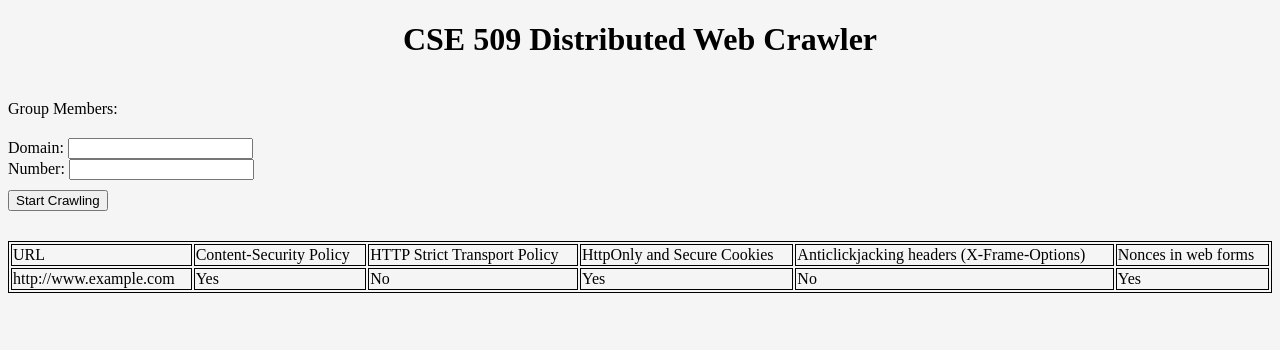
Repository: mfleish3/Crawler
Page: cse509/Crawling/WebContent/index.html
These files come from the project's save history. The page is drawn as it stood at one moment and after the next save; the edit follows.
The browser window is 1280 px wide. The pictures show the whole page.
Some web libraries are served in a nearby version.

Above is the page before, as saved 2015-11-07 22:47:03.

After the next save:
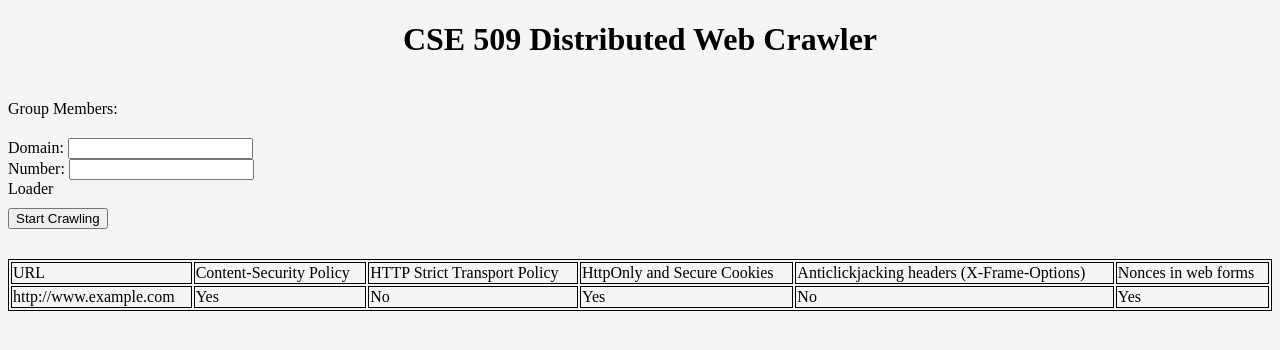
Saved 4 min 8 s later.
--- a/cse509/Crawling/WebContent/index.html
+++ b/cse509/Crawling/WebContent/index.html
@@ -20,16 +20,21 @@
 	  		<a></a>
 	  	</div>
 
-	  	<div id="divInput">
-	  		<div>
-	  			<span>Domain:</span>
-	  			<input id="domainName" type="text" name="name">
-	  		</div>
-	  		<div>
-	  			<span>Number:</span>
-	  			<input id="numberPages" type="text" name="number">
-	  		</div>
-	  	</div>
+	  	<div>
+		  	<div id="divInput">
+		  		<div>
+		  			<span>Domain:</span>
+		  			<input id="domainName" type="text" name="name">
+		  		</div>
+		  		<div>
+		  			<span>Number:</span>
+		  			<input id="numberPages" type="text" name="number">
+		  		</div>
+		  	</div>
+		  	<div id="loader">
+		  		<img src="">Loader</img>
+		  	</div>
+		</div>
 
 	  	<div id="btns">
 	  		<button id="btnSubmit" type="button">Start Crawling</button>
